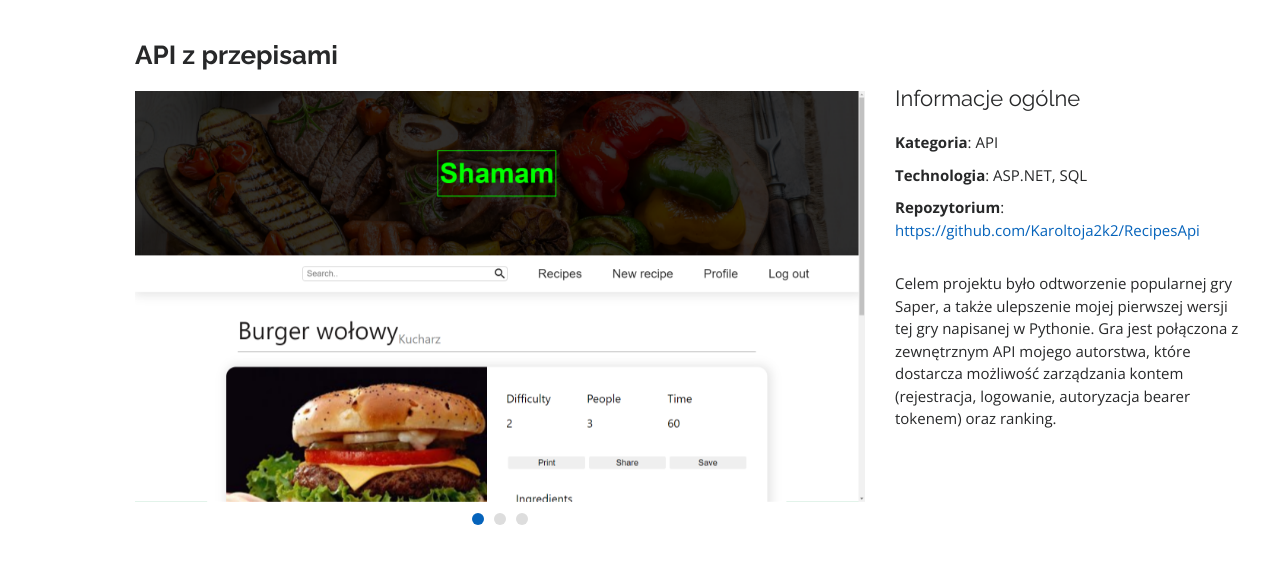
Repository: Karoltoja2k2/MyResume
Page: recipesapi-details.html
The author's editor kept a copy of each file at every save. The page is drawn from the files as they stood at one save, then again after the next save.
The browser window is 1280 px wide. The pictures show the whole page.

Above is the page before, as saved 2020-06-21 15:09:15.

### recipesapi-details.html
<!DOCTYPE html>
<html lang="en">

<head>
  <meta charset="utf-8">
  <meta content="width=device-width, initial-scale=1.0" name="viewport">

  <title>Api</title>
  <meta content="" name="descriptison">
  <meta content="" name="keywords">

  <!-- Favicons -->
  <link href="assets/img/favicon.png" rel="icon">
  <link href="assets/img/apple-touch-icon.png" rel="apple-touch-icon">

  <!-- Google Fonts -->
  <link
    href="https://fonts.googleapis.com/css?family=Open+Sans:300,300i,400,400i,600,600i,700,700i|Raleway:300,300i,400,400i,500,500i,600,600i,700,700i|Poppins:300,300i,400,400i,500,500i,600,600i,700,700i"
    rel="stylesheet">

  <!-- Vendor CSS Files -->
  <link href="assets/vendor/bootstrap/css/bootstrap.min.css" rel="stylesheet">
  <link href="assets/vendor/icofont/icofont.min.css" rel="stylesheet">
  <link href="assets/vendor/boxicons/css/boxicons.min.css" rel="stylesheet">
  <link href="assets/vendor/venobox/venobox.css" rel="stylesheet">
  <link href="assets/vendor/owl.carousel/assets/owl.carousel.min.css" rel="stylesheet">
  <link href="assets/vendor/aos/aos.css" rel="stylesheet">

  <!-- Template Main CSS File -->
  <link href="assets/css/style.css" rel="stylesheet">

  <!-- =======================================================
  * Template Name: MyResume - v2.0.0
  * Template URL: https://bootstrapmade.com/free-html-bootstrap-template-my-resume/
  * Author: BootstrapMade.com
  * License: https://bootstrapmade.com/license/
  ======================================================== -->
</head>

<body>

  <main id="main">

    <!-- ======= Portfolio Details ======= -->
    <section id="portfolio-details" class="portfolio-details">
      <div class="container" data-aos="fade-up">

        <div class="row">

          <div class="col-lg-8">
            <h2 class="portfolio-title">API z przepisami</h2>
            <div class="owl-carousel portfolio-details-carousel">
              <img src="assets/img/portfolio/recipes1.png" class="img-fluid" alt="">
              <img src="assets/img/portfolio/recipes2.png" class="img-fluid" alt="">
              <img src="assets/img/portfolio/recipes3.png" class="img-fluid" alt="">
            </div>
          </div>
          <div class="col-lg-4 portfolio-info">
            <h3>Informacje ogólne</h3>
            <ul>
              <li><strong>Kategoria</strong>: API</li>
              <li><strong>Technologia</strong>: ASP.NET, SQL</li>
              <li><strong>Repozytorium</strong>: <a href="https://github.com/Karoltoja2k2/RecipesApi"
                  target="_blank">https://github.com/Karoltoja2k2/RecipesApi</a></li>

            </ul>

            <p>
              Celem projektu było odtworzenie popularnej gry Saper, a także ulepszenie mojej pierwszej wersji tej gry
              napisanej w Pythonie.
              Gra jest połączona z zewnętrznym API mojego autorstwa, które dostarcza możliwość zarządzania kontem
              (rejestracja,
              logowanie, autoryzacja bearer tokenem) oraz ranking.
            </p>
          </div>

        </div>

      </div>
    </section><!-- End Portfolio Details -->

  </main><!-- End #main -->

  <a href="#" class="back-to-top"><i class="bx bx-up-arrow-alt"></i></a>
  <div id="preloader"></div>

  <!-- Vendor JS Files -->
  <script src="assets/vendor/jquery/jquery.min.js"></script>
  <script src="assets/vendor/bootstrap/js/bootstrap.bundle.min.js"></script>
  <script src="assets/vendor/jquery.easing/jquery.easing.min.js"></script>
  <script src="assets/vendor/php-email-form/validate.js"></script>
  <script src="assets/vendor/waypoints/jquery.waypoints.min.js"></script>
  <script src="assets/vendor/counterup/counterup.min.js"></script>
  <script src="assets/vendor/isotope-layout/isotope.pkgd.min.js"></script>
  <script src="assets/vendor/venobox/venobox.min.js"></script>
  <script src="assets/vendor/owl.carousel/owl.carousel.min.js"></script>
  <script src="assets/vendor/typed.js/typed.min.js"></script>
  <script src="assets/vendor/aos/aos.js"></script>

  <!-- Template Main JS File -->
  <script src="assets/js/main.js"></script>

</body>

</html>

### assets/css/style.css
/**
* Template Name: MyResume - v2.0.0
* Template URL: https://bootstrapmade.com/free-html-bootstrap-template-my-resume/
* Author: BootstrapMade.com
* License: https://bootstrapmade.com/license/
*/

/*--------------------------------------------------------------
# General
--------------------------------------------------------------*/
body {
  font-family: "Open Sans", sans-serif;
  color: #272829;
}

a {
  color: #0563bb;
}

a:hover {
  color: #067ded;
  text-decoration: none;
}

h1, h2, h3, h4, h5, h6 {
  font-family: "Raleway", sans-serif;
}

/*--------------------------------------------------------------
# Back to top button
--------------------------------------------------------------*/
.back-to-top {
  position: fixed;
  display: none;
  width: 40px;
  height: 40px;
  border-radius: 50px;
  right: 15px;
  bottom: 15px;
  background: #0563bb;
  color: #fff;
  transition: display 0.5s ease-in-out;
  z-index: 99999;
}

.back-to-top i {
  font-size: 24px;
  position: absolute;
  top: 7px;
  left: 8px;
}

.back-to-top:hover {
  color: #fff;
  background: #0678e3;
  transition: background 0.2s ease-in-out;
}

/*--------------------------------------------------------------
# Preloader
--------------------------------------------------------------*/
#preloader {
  position: fixed;
  top: 0;
  left: 0;
  right: 0;
  bottom: 0;
  z-index: 9999;
  overflow: hidden;
  background: #fff;
}

#preloader:before {
  content: "";
  position: fixed;
  top: calc(50% - 30px);
  left: calc(50% - 30px);
  border: 6px solid #0563bb;
  border-top-color: #fff;
  border-bottom-color: #fff;
  border-radius: 50%;
  width: 60px;
  height: 60px;
  -webkit-animation: animate-preloader 1s linear infinite;
  animation: animate-preloader 1s linear infinite;
}

@-webkit-keyframes animate-preloader {
  0% {
    transform: rotate(0deg);
  }
  100% {
    transform: rotate(360deg);
  }
}

@keyframes animate-preloader {
  0% {
    transform: rotate(0deg);
  }
  100% {
    transform: rotate(360deg);
  }
}

/*--------------------------------------------------------------
# Disable aos animation delay on mobile devices
--------------------------------------------------------------*/
@media screen and (max-width: 768px) {
  [data-aos-delay] {
    transition-delay: 0 !important;
  }
}

/*--------------------------------------------------------------
# Header
--------------------------------------------------------------*/
#header {
  position: fixed;
  top: 0;
  left: 0;
  bottom: 0;
  z-index: 9997;
  transition: all 0.5s;
  padding: 15px;
  overflow-y: auto;
}

@media (max-width: 992px) {
  #header {
    width: 300px;
    background: #fff;
    border-right: 1px solid #e6e9ec;
    left: -300px;
  }
}

@media (min-width: 992px) {
  #main {
    margin-left: 100px;
  }
}

/*--------------------------------------------------------------
# Navigation Menu
--------------------------------------------------------------*/
/* Desktop Navigation */
.nav-menu * {
  margin: 0;
  padding: 0;
  list-style: none;
}

.nav-menu > ul > li {
  position: relative;
  white-space: nowrap;
}

.nav-menu a {
  display: flex;
  align-items: center;
  color: #45505b;
  padding: 10px 18px;
  margin-bottom: 8px;
  transition: 0.3s;
  font-size: 15px;
  border-radius: 50px;
  background: #f2f3f5;
  height: 56px;
  width: 100%;
  overflow: hidden;
  transition: 0.3s;
}

.nav-menu a i {
  font-size: 20px;
}

.nav-menu a span {
  padding: 0 5px 0 7px;
  color: #45505b;
}

@media (min-width: 992px) {
  .nav-menu a {
    width: 56px;
  }
  .nav-menu a span {
    display: none;
    color: #fff;
  }
}

.nav-menu a:hover, .nav-menu .active > a, .nav-menu li:hover > a {
  color: #fff;
  background: #0563bb;
}

.nav-menu a:hover span, .nav-menu .active > a span, .nav-menu li:hover > a span {
  color: #fff;
}

.nav-menu a:hover, .nav-menu li:hover > a {
  width: 100%;
  color: #fff;
}

.nav-menu a:hover span, .nav-menu li:hover > a span {
  display: block;
}

/* Mobile Navigation */
.mobile-nav-toggle {
  position: fixed;
  right: 15px;
  top: 15px;
  z-index: 9998;
  border: 0;
  background: none;
  font-size: 24px;
  transition: all 0.4s;
  outline: none !important;
  line-height: 1;
  cursor: pointer;
  text-align: right;
}

.mobile-nav-toggle i {
  color: #45505b;
}

.mobile-nav-active {
  overflow: hidden;
}

.mobile-nav-active #header {
  left: 0;
}

.mobile-nav-active .mobile-nav-toggle i {
  color: #0563bb;
}

/*--------------------------------------------------------------
# Hero Section
--------------------------------------------------------------*/
#hero {
  width: 100%;
  height: 100vh;
  background: url("../img/hero-bg.jpg") top right no-repeat;
  background-size: cover;
  position: relative;
}

@media (min-width: 992px) {
  #hero {
    padding-left: 160px;
  }
}

#hero:before {
  content: "";
  background: rgba(255, 255, 255, 0.8);
  position: absolute;
  bottom: 0;
  top: 0;
  left: 0;
  right: 0;
}

#hero h1 {
  margin: 0;
  font-size: 64px;
  font-weight: 700;
  line-height: 56px;
  color: #45505b;
}

#hero p {
  color: #45505b;
  margin: 15px 0 0 0;
  font-size: 26px;
  font-family: "Poppins", sans-serif;
}

#hero p span {
  color: #0563bb;
  letter-spacing: 1px;
}

#hero .social-links {
  margin-top: 30px;
}

#hero .social-links a {
  font-size: 24px;
  display: inline-block;
  color: #45505b;
  line-height: 1;
  margin-right: 20px;
  transition: 0.3s;
}

#hero .social-links a:hover {
  color: #0563bb;
}

@media (max-width: 992px) {
  #hero {
    text-align: center;
  }
  #hero h1 {
    font-size: 32px;
    line-height: 36px;
  }
  #hero p {
    margin-top: 10px;
    font-size: 20px;
    line-height: 24px;
  }
}

/*--------------------------------------------------------------
# Sections General
--------------------------------------------------------------*/
section {
  padding: 60px 0;
  overflow: hidden;
}

.section-title {
  text-align: center;
  padding-bottom: 30px;
}

.section-title h2 {
  font-size: 32px;
  font-weight: bold;
  text-transform: uppercase;
  margin-bottom: 20px;
  padding-bottom: 20px;
  position: relative;
  color: #45505b;
}

.section-title h2::before {
  content: '';
  position: absolute;
  display: block;
  width: 120px;
  height: 1px;
  background: #ddd;
  bottom: 1px;
  left: calc(50% - 60px);
}

.section-title h2::after {
  content: '';
  position: absolute;
  display: block;
  width: 40px;
  height: 3px;
  background: #0563bb;
  bottom: 0;
  left: calc(50% - 20px);
}

.section-title p {
  margin-bottom: 0;
}

/*--------------------------------------------------------------
# About
--------------------------------------------------------------*/
.about .content h3 {
  font-weight: 700;
  font-size: 26px;
  color: #728394;
}

.about .content ul {
  list-style: none;
  padding: 0;
}

.about .content ul li {
  padding-bottom: 10px;
}

.about .content ul i {
  font-size: 20px;
  padding-right: 2px;
  color: #0563bb;
}

.about .content p:last-child {
  margin-bottom: 0;
}

/*--------------------------------------------------------------
# Facts
--------------------------------------------------------------*/
.facts .count-box {
  padding: 30px 30px 25px 30px;
  margin-top: 30px;
  width: 100%;
  position: relative;
  text-align: center;
  background: #fff;
}

.facts .count-box i {
  position: absolute;
  top: -25px;
  left: 50%;
  transform: translateX(-50%);
  font-size: 24px;
  background: #0563bb;
  padding: 12px;
  color: #fff;
  border-radius: 50px;
}

.facts .count-box span {
  font-size: 36px;
  display: block;
  font-weight: 600;
  color: #011426;
}

.facts .count-box p {
  padding: 0;
  margin: 0;
  font-family: "Raleway", sans-serif;
  font-size: 14px;
}

/*--------------------------------------------------------------
# Akills
--------------------------------------------------------------*/
.skills .progress {
  height: 50px;
  display: block;
  background: none;
}

.skills .progress .skill {
  padding: 10px 0;
  margin: 0 0 6px 0;
  text-transform: uppercase;
  display: block;
  font-weight: 600;
  font-family: "Poppins", sans-serif;
  color: #45505b;
}

.skills .progress .skill .val {
  float: right;
  font-style: normal;
}

.skills .progress-bar-wrap {
  background: #f2f3f5;
}

.skills .progress-bar {
  width: 1px;
  height: 10px;
  transition: .9s;
  background-color: #0563bb;
}

/*--------------------------------------------------------------
# Resume
--------------------------------------------------------------*/
.resume .resume-title {
  font-size: 26px;
  font-weight: 700;
  margin-top: 20px;
  margin-bottom: 20px;
  color: #45505b;
}

.resume .resume-item {
  padding: 0 0 20px 20px;
  margin-top: -2px;
  border-left: 2px solid #0563bb;
  position: relative;
}

.resume .resume-item h4 {
  line-height: 18px;
  font-size: 18px;
  font-weight: 600;
  text-transform: uppercase;
  font-family: "Poppins", sans-serif;
  color: #0563bb;
  margin-bottom: 10px;
}

.resume .resume-item h5 {
  font-size: 16px;
  background: #f7f8f9;
  padding: 5px 15px;
  display: inline-block;
  font-weight: 600;
  margin-bottom: 10px;
}

.resume .resume-item ul {
  padding-left: 20px;
}

.resume .resume-item ul li {
  padding-bottom: 10px;
}

.resume .resume-item:last-child {
  padding-bottom: 0;
}

.resume .resume-item::before {
  content: "";
  position: absolute;
  width: 16px;
  height: 16px;
  border-radius: 50px;
  left: -9px;
  top: 0;
  background: #fff;
  border: 2px solid #0563bb;
}

/*--------------------------------------------------------------
# Portfolio
--------------------------------------------------------------*/
.portfolio .portfolio-item {
  margin-bottom: 30px;
}

.portfolio #portfolio-flters {
  padding: 0;
  margin: 0 auto 25px auto;
  list-style: none;
  text-align: center;
  background: #fff;
  border-radius: 50px;
  padding: 2px 15px;
}

.portfolio #portfolio-flters li {
  cursor: pointer;
  display: inline-block;
  padding: 10px 15px;
  font-size: 14px;
  font-weight: 600;
  line-height: 1;
  text-transform: uppercase;
  color: #272829;
  margin-bottom: 5px;
  transition: all 0.3s ease-in-out;
}

.portfolio #portfolio-flters li:hover, .portfolio #portfolio-flters li.filter-active {
  color: #0563bb;
}

.portfolio #portfolio-flters li:last-child {
  margin-right: 0;
}

.portfolio .portfolio-wrap {
  transition: 0.3s;
  position: relative;
  overflow: hidden;
  z-index: 1;
  background: rgba(69, 80, 91, 0.8);
}

.portfolio .portfolio-wrap::before {
  content: "";
  background: rgba(255, 255, 255, 0.7);
  position: absolute;
  left: 30px;
  right: 30px;
  top: 30px;
  bottom: 30px;
  transition: all ease-in-out 0.3s;
  z-index: 2;
  opacity: 0;
}

.portfolio .portfolio-wrap .portfolio-info {
  opacity: 0;
  position: absolute;
  top: 0;
  left: 0;
  right: 0;
  bottom: 0;
  text-align: center;
  z-index: 3;
  transition: all ease-in-out 0.3s;
  display: flex;
  flex-direction: column;
  justify-content: center;
  align-items: center;
}

.portfolio .portfolio-wrap .portfolio-info::before {
  display: block;
  content: "";
  width: 48px;
  height: 48px;
  position: absolute;
  top: 35px;
  left: 35px;
  border-top: 3px solid #d7dce1;
  border-left: 3px solid #d7dce1;
  transition: all 0.5s ease 0s;
  z-index: 9994;
}

.portfolio .portfolio-wrap .portfolio-info::after {
  display: block;
  content: "";
  width: 48px;
  height: 48px;
  position: absolute;
  bottom: 35px;
  right: 35px;
  border-bottom: 3px solid #d7dce1;
  border-right: 3px solid #d7dce1;
  transition: all 0.5s ease 0s;
  z-index: 9994;
}

.portfolio .portfolio-wrap .portfolio-info h4 {
  font-size: 20px;
  color: #45505b;
  font-weight: 600;
}

.portfolio .portfolio-wrap .portfolio-info p {
  color: #45505b;
  font-size: 14px;
  text-transform: uppercase;
  padding: 0;
  margin: 0;
}

.portfolio .portfolio-wrap .portfolio-links {
  text-align: center;
  z-index: 4;
}

.portfolio .portfolio-wrap .portfolio-links a {
  color: #45505b;
  margin: 0 2px;
  font-size: 28px;
  display: inline-block;
  transition: 0.3s;
}

.portfolio .portfolio-wrap .portfolio-links a:hover {
  color: #148af9;
}

.portfolio .portfolio-wrap:hover::before {
  top: 0;
  left: 0;
  right: 0;
  bottom: 0;
  opacity: 1;
}

.portfolio .portfolio-wrap:hover .portfolio-info {
  opacity: 1;
}

.portfolio .portfolio-wrap:hover .portfolio-info::before {
  top: 15px;
  left: 15px;
}

.portfolio .portfolio-wrap:hover .portfolio-info::after {
  bottom: 15px;
  right: 15px;
}

/*--------------------------------------------------------------
# Services
--------------------------------------------------------------*/
.services .icon-box {
  text-align: center;
  padding: 70px 20px 80px 20px;
  transition: all ease-in-out 0.3s;
  background: #fff;
  box-shadow: 0px 5px 90px 0px rgba(110, 123, 131, 0.05);
}

.services .icon-box .icon {
  margin: 0 auto;
  width: 100px;
  height: 100px;
  display: flex;
  align-items: center;
  justify-content: center;
  transition: ease-in-out 0.3s;
  position: relative;
}

.services .icon-box .icon i {
  font-size: 36px;
  transition: 0.5s;
  position: relative;
}

.services .icon-box .icon svg {
  position: absolute;
  top: 0;
  left: 0;
}

.services .icon-box .icon svg path {
  transition: 0.5s;
  fill: #f5f5f5;
}

.services .icon-box h4 {
  font-weight: 600;
  margin: 10px 0 15px 0;
  font-size: 22px;
}

.services .icon-box h4 a {
  color: #45505b;
  transition: ease-in-out 0.3s;
}

.services .icon-box p {
  line-height: 24px;
  font-size: 14px;
  margin-bottom: 0;
}

.services .icon-box:hover {
  border-color: #fff;
  box-shadow: 0px 0 35px 0 rgba(0, 0, 0, 0.08);
}

.services .iconbox-blue i {
  color: #47aeff;
}

.services .iconbox-blue:hover .icon i {
  color: #fff;
}

.services .iconbox-blue:hover .icon path {
  fill: #47aeff;
}

.services .iconbox-orange i {
  color: #ffa76e;
}

.services .iconbox-orange:hover .icon i {
  color: #fff;
}

.services .iconbox-orange:hover .icon path {
  fill: #ffa76e;
}

.services .iconbox-pink i {
  color: #e80368;
}

.services .iconbox-pink:hover .icon i {
  color: #fff;
}

.services .iconbox-pink:hover .icon path {
  fill: #e80368;
}

.services .iconbox-yellow i {
  color: #ffbb2c;
}

.services .iconbox-yellow:hover .icon i {
  color: #fff;
}

.services .iconbox-yellow:hover .icon path {
  fill: #ffbb2c;
}

.services .iconbox-red i {
  color: #ff5828;
}

.services .iconbox-red:hover .icon i {
  color: #fff;
}

.services .iconbox-red:hover .icon path {
  fill: #ff5828;
}

.services .iconbox-teal i {
  color: #11dbcf;
}

.services .iconbox-teal:hover .icon i {
  color: #fff;
}

.services .iconbox-teal:hover .icon path {
  fill: #11dbcf;
}

/*--------------------------------------------------------------
# Testimonials
--------------------------------------------------------------*/
.testimonials .section-header {
  margin-bottom: 40px;
}

.testimonials .testimonial-item {
  text-align: center;
}

.testimonials .testimonial-item .testimonial-img {
  width: 120px;
  border-radius: 50%;
  border: 4px solid #fff;
  margin: 0 auto;
}

.testimonials .testimonial-item h3 {
  font-size: 20px;
  font-weight: bold;
  margin: 10px 0 5px 0;
  color: #111;
}

.testimonials .testimonial-item h4 {
  font-size: 14px;
  color: #999;
  margin: 0 0 15px 0;
}

.testimonials .testimonial-item .quote-icon-left, .testimonials .testimonial-item .quote-icon-right {
  color: #90c8fc;
  font-size: 26px;
}

.testimonials .testimonial-item .quote-icon-left {
  display: inline-block;
  left: -5px;
  position: relative;
}

.testimonials .testimonial-item .quote-icon-right {
  display: inline-block;
  right: -5px;
  position: relative;
  top: 10px;
}

.testimonials .testimonial-item p {
  font-style: italic;
  margin: 0 auto 15px auto;
}

.testimonials .owl-nav, .testimonials .owl-dots {
  margin-top: 5px;
  text-align: center;
}

.testimonials .owl-dot {
  display: inline-block;
  margin: 0 5px;
  width: 12px;
  height: 12px;
  border-radius: 50%;
  background-color: #ddd !important;
}

.testimonials .owl-dot.active {
  background-color: #0563bb !important;
}

@media (min-width: 992px) {
  .testimonials .testimonial-item p {
    width: 80%;
  }
}

/*--------------------------------------------------------------
# Contact
--------------------------------------------------------------*/
.contact .info {
  width: 100%;
  background: #fff;
}

.contact .info i {
  font-size: 20px;
  color: #0563bb;
  float: left;
  width: 44px;
  height: 44px;
  background: #eef7ff;
  display: flex;
  justify-content: center;
  align-items: center;
  border-radius: 50px;
  transition: all 0.3s ease-in-out;
}

.contact .info h4 {
  padding: 0 0 0 60px;
  font-size: 22px;
  font-weight: 600;
  margin-bottom: 5px;
  color: #45505b;
}

.contact .info p {
  padding: 0 0 0 60px;
  margin-bottom: 0;
  font-size: 14px;
  color: #728394;
}

.contact .info .email, .contact .info .phone {
  margin-top: 40px;
}

.contact .info .email:hover i, .contact .info .address:hover i, .contact .info .phone:hover i {
  background: #0563bb;
  color: #fff;
}

.contact .php-email-form {
  width: 100%;
  background: #fff;
}

.contact .php-email-form .form-group {
  padding-bottom: 8px;
}

.contact .php-email-form .validate {
  display: none;
  color: red;
  margin: 0 0 15px 0;
  font-weight: 400;
  font-size: 13px;
}

.contact .php-email-form .error-message {
  display: none;
  color: #fff;
  background: #ed3c0d;
  text-align: center;
  padding: 15px;
  font-weight: 600;
}

.contact .php-email-form .sent-message {
  display: none;
  color: #fff;
  background: #18d26e;
  text-align: center;
  padding: 15px;
  font-weight: 600;
}

.contact .php-email-form .loading {
  display: none;
  background: #fff;
  text-align: center;
  padding: 15px;
}

.contact .php-email-form .loading:before {
  content: "";
  display: inline-block;
  border-radius: 50%;
  width: 24px;
  height: 24px;
  margin: 0 10px -6px 0;
  border: 3px solid #18d26e;
  border-top-color: #eee;
  -webkit-animation: animate-loading 1s linear infinite;
  animation: animate-loading 1s linear infinite;
}

.contact .php-email-form input, .contact .php-email-form textarea {
  border-radius: 4px;
  box-shadow: none;
  font-size: 14px;
}

.contact .php-email-form input {
  height: 44px;
}

.contact .php-email-form textarea {
  padding: 10px 12px;
}

.contact .php-email-form button[type="submit"] {
  background: #0563bb;
  border: 0;
  padding: 10px 35px;
  color: #fff;
  transition: 0.4s;
  border-radius: 50px;
}

.contact .php-email-form button[type="submit"]:hover {
  background: #0678e3;
}

@-webkit-keyframes animate-loading {
  0% {
    transform: rotate(0deg);
  }
  100% {
    transform: rotate(360deg);
  }
}

@keyframes animate-loading {
  0% {
    transform: rotate(0deg);
  }
  100% {
    transform: rotate(360deg);
  }
}

/*--------------------------------------------------------------
# Portfolio Details
--------------------------------------------------------------*/
.portfolio-details {
  padding: 40px 0;
}

.portfolio-details .portfolio-title {
  font-size: 26px;
  font-weight: 700;
  margin-bottom: 20px;
}

.portfolio-details .portfolio-details-carousel .owl-nav, .portfolio-details .portfolio-details-carousel .owl-dots {
  margin-top: 5px;
  text-align: center;
}

.portfolio-details .portfolio-details-carousel .owl-dot {
  display: inline-block;
  margin: 0 5px;
  width: 12px;
  height: 12px;
  border-radius: 50%;
  background-color: #ddd !important;
}

.portfolio-details .portfolio-details-carousel .owl-dot.active {
  background-color: #0563bb !important;
}

.portfolio-details .portfolio-info {
  padding-top: 45px;
}

.portfolio-details .portfolio-info h3 {
  font-size: 22px;
  font-weight: 400;
  margin-bottom: 20px;
}

.portfolio-details .portfolio-info ul {
  list-style: none;
  padding: 0;
  font-size: 15px;
}

.portfolio-details .portfolio-info ul li + li {
  margin-top: 10px;
}

.portfolio-details .portfolio-info p {
  font-size: 15px;
  padding: 15px 0 0 0;
}

@media (max-width: 992px) {
  .portfolio-details .portfolio-info {
    padding-top: 20px;
  }
}

/*--------------------------------------------------------------
# Footer
--------------------------------------------------------------*/
#footer {
  background: #f7f8f9;
  color: #45505b;
  font-size: 14px;
  text-align: center;
  padding: 30px 0;
}

#footer h3 {
  font-size: 36px;
  font-weight: 700;
  position: relative;
  font-family: "Poppins", sans-serif;
  padding: 0;
  margin: 0 0 15px 0;
}

#footer p {
  font-size: 15;
  font-style: italic;
  padding: 0;
  margin: 0 0 40px 0;
}

#footer .social-links {
  margin: 0 0 40px 0;
}

#footer .social-links a {
  font-size: 18px;
  display: inline-block;
  background: #0563bb;
  color: #fff;
  line-height: 1;
  padding: 8px 0;
  margin-right: 4px;
  border-radius: 50%;
  text-align: center;
  width: 36px;
  height: 36px;
  transition: 0.3s;
}

#footer .social-links a:hover {
  background: #0678e3;
  color: #fff;
  text-decoration: none;
}

#footer .copyright {
  margin: 0 0 5px 0;
}

#footer .credits {
  font-size: 13px;
}

Loaded but not shown: assets/vendor/bootstrap/css/bootstrap.min.css (library); assets/vendor/icofont/icofont.min.css (library); assets/vendor/boxicons/css/boxicons.min.css (library); assets/vendor/venobox/venobox.css (library); assets/vendor/owl.carousel/assets/owl.carousel.min.css (library); assets/vendor/aos/aos.css (library); assets/vendor/jquery/jquery.min.js (library); assets/vendor/bootstrap/js/bootstrap.bundle.min.js (library); assets/vendor/jquery.easing/jquery.easing.min.js (common file); assets/vendor/php-email-form/validate.js (library); assets/vendor/waypoints/jquery.waypoints.min.js (library); assets/vendor/counterup/counterup.min.js (common file); assets/vendor/isotope-layout/isotope.pkgd.min.js (library); assets/vendor/venobox/venobox.min.js (library); assets/vendor/owl.carousel/owl.carousel.min.js (library); assets/vendor/typed.js/typed.min.js (library); assets/vendor/aos/aos.js (library); assets/js/main.js (179 lines, source omitted)

After the next save:
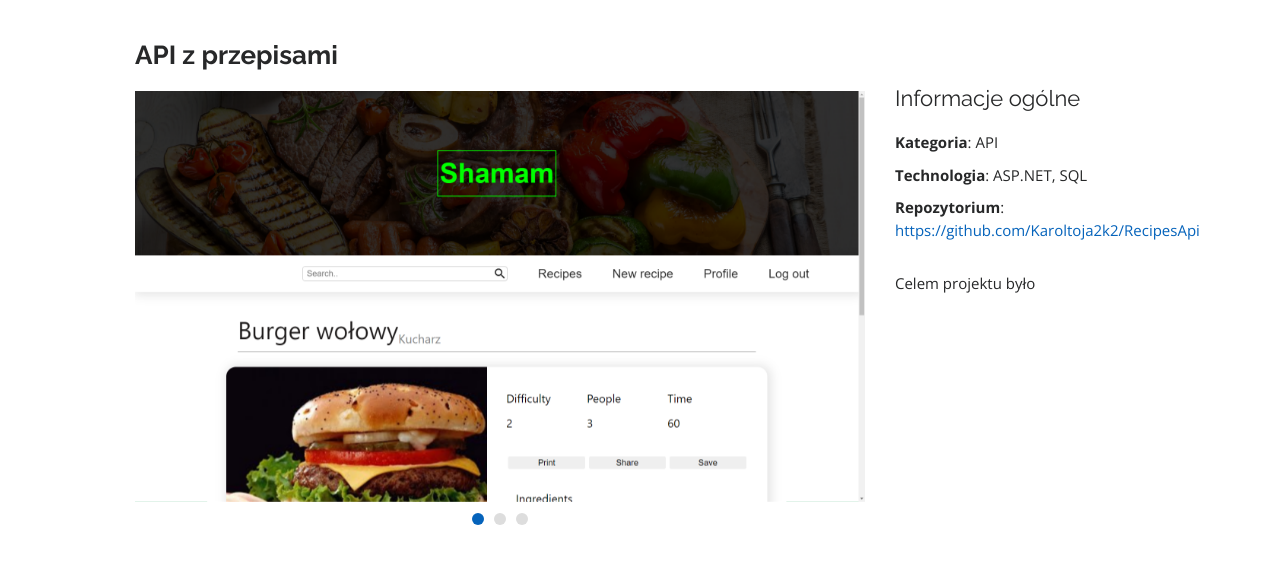
Saved 28 s later.
--- a/recipesapi-details.html
+++ b/recipesapi-details.html
@@ -66,11 +66,7 @@
             </ul>
 
             <p>
-              Celem projektu było odtworzenie popularnej gry Saper, a także ulepszenie mojej pierwszej wersji tej gry
-              napisanej w Pythonie.
-              Gra jest połączona z zewnętrznym API mojego autorstwa, które dostarcza możliwość zarządzania kontem
-              (rejestracja,
-              logowanie, autoryzacja bearer tokenem) oraz ranking.
+              Celem projektu było
             </p>
           </div>
 
